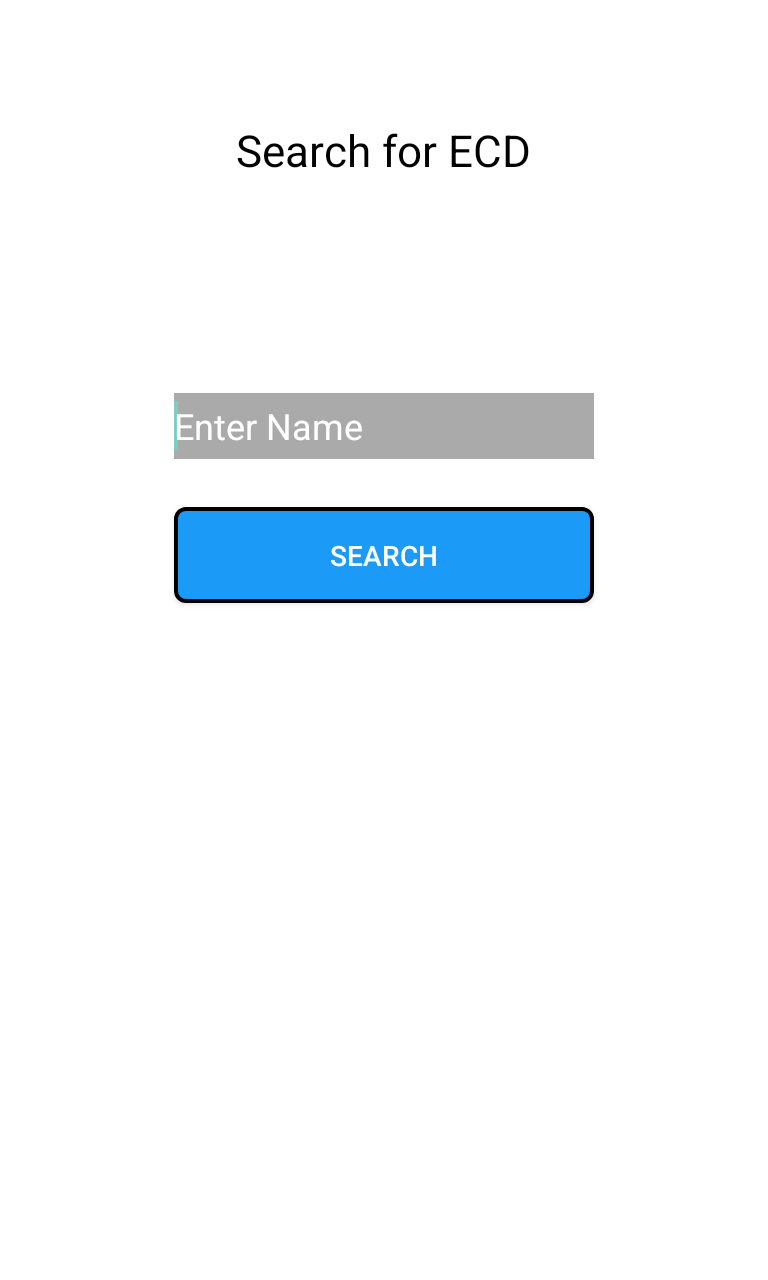
Repository: Team-7/prototype.6
Layout: workspace/Hope World Wide/res/layout/select.xml
These files come from the project's save history. The layout is drawn as it stood at one moment and after the next save; the edit follows.
It is drawn on a 768 x 1280 px phone screen (xhdpi) without system bars, with theme AppTheme; the app's code is not run.

Above is the layout before, as saved 2014-05-29 11:42:07.

After the next save:
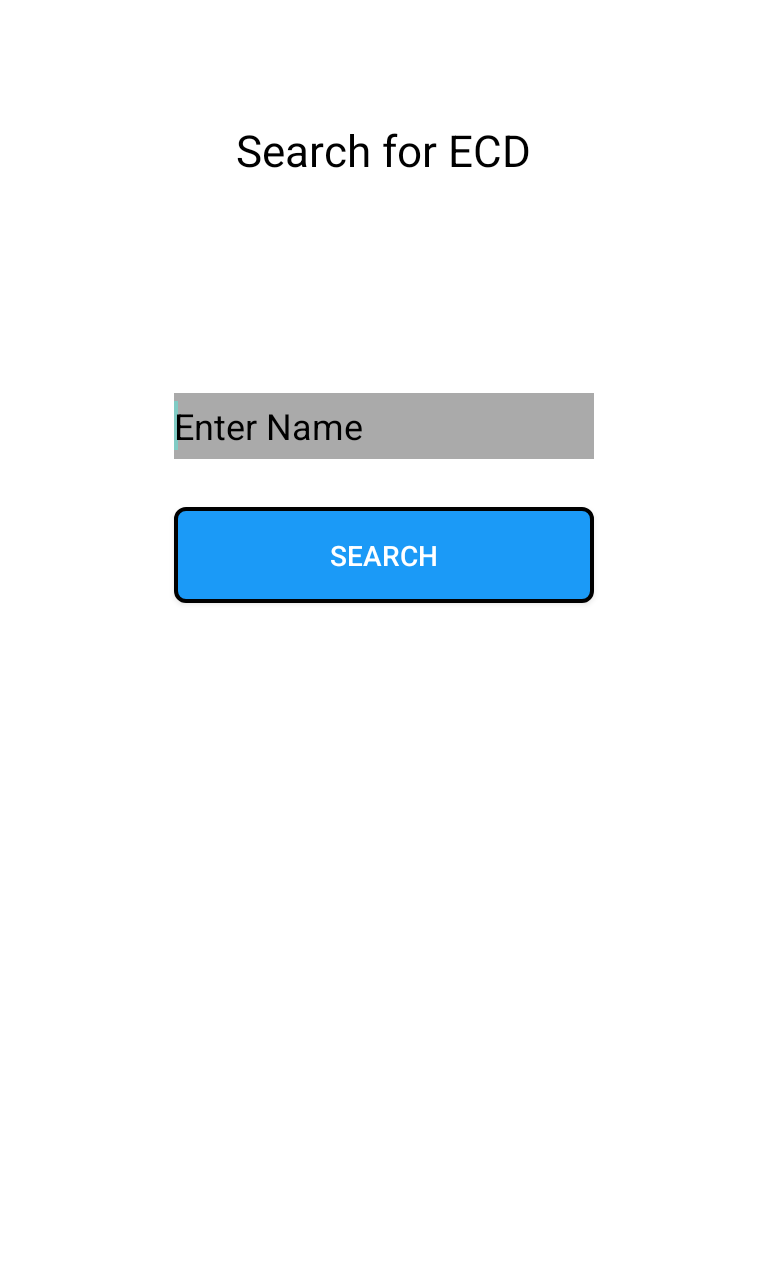
Saved 115 s later.
--- a/workspace/Hope World Wide/res/layout/select.xml
+++ b/workspace/Hope World Wide/res/layout/select.xml
@@ -50,7 +50,7 @@
         android:hint="@string/search"
         android:inputType="text"
         android:textColor="#000000"
-        android:textColorHint="@android:color/background_light" >
+        android:textColorHint="@android:color/background_dark" >
 
         <requestFocus />
     </AutoCompleteTextView>
